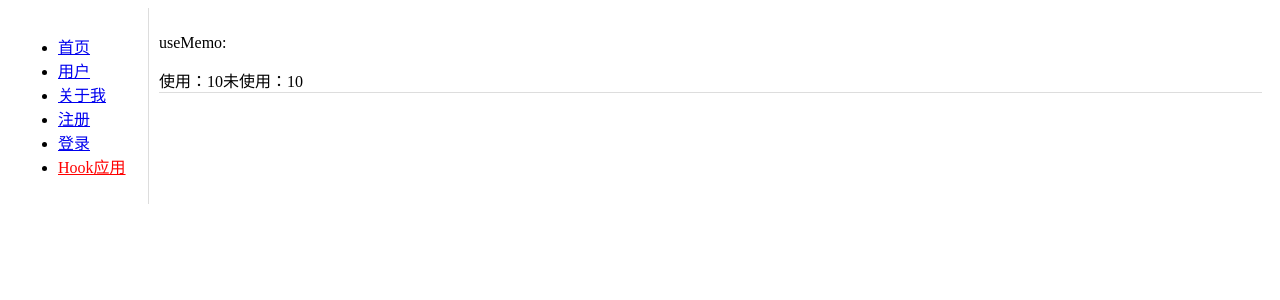
Repository: shellingfordly/js-library-Demo
Page: /hook (app in demo/react/demo/)
These files come from the project's save history. The page is drawn as it stood at one moment and after the next save; the edit follows.
The browser window is 1280 px wide. The pictures show the whole page.
The project was rebuilt for these pictures with package versions that can differ from the ones it lists, and the page was loaded fresh each time. Also part of the build but not shown: demo/react/demo/src/views/home/components/UseReducer.js, demo/react/demo/src/views/home/components/SetTimeout.js, demo/react/demo/src/views/home/hook/context.js, demo/react/demo/src/views/home/components/context/useContext.js, demo/react/demo/src/views/home/components/context/contextType.js, demo/react/demo/src/views/home/components/context/consumer.js, demo/react/demo/src/views/home/utils/highComponent.js, demo/react/demo/src/views/home/Home.js and 12 more.

Above is the page before, as saved 2021-01-17 22:58:18.

### demo/react/demo/src/index.js
import React from 'react';
import ReactDOM from 'react-dom';
import './index.css';
import App from './App';
import reportWebVitals from './reportWebVitals';
import {BrowserRouter as Route} from 'react-router-dom'

ReactDOM.render(
  <React.StrictMode>
    <Route>
      <App />
    </Route>
  </React.StrictMode>,
  document.getElementById('root')
);

// If you want to start measuring performance in your app, pass a function
// to log results (for example: reportWebVitals(console.log))
// or send to an analytics endpoint. Learn more: https://bit.ly/CRA-vitals
reportWebVitals();

### demo/react/demo/src/App.js

import './App.scss'
import { Component } from 'react'
import { NavLink, Route, Switch, Redirect } from 'react-router-dom'
import Home from './views/home/Home'
import About from './views/about/About'
import Register from './views/Register'
import User from './views/User'
import Login from './views/Login'
import store from './store'
import { userLogout } from './store/actions'
import Hook from './views/HookComponent'

export default class App extends Component {

  state = {
    isShow: false
  }

  componentDidMount() {
    store.subscribe(() => {
      const data = store.getState()
      this.setState({ isShow: data.isLogin })
    })
  }

  logout = () => {
    store.dispatch(userLogout())
  }


  render() {

    return (
      <div className="app">
        <div className="nav">
          <ul>
            <li>
              <NavLink to='/home'>首页</NavLink>
            </li>
            <li>
          <NavLink to='/user'>用户</NavLink>
            </li>
            <li>
          <NavLink to='/about'>关于我</NavLink>
            </li>
            <li>
          <NavLink to='/register'>注册</NavLink>
            </li>
            <li>
          <NavLink to='/login'>登录</NavLink>
            </li>
            <li>
          <NavLink to='/hook'>Hook应用</NavLink>
            </li>
          </ul>

        </div>
        <div className="content">
          <Switch>
            <Route path="/home" component={Home}></Route>
            <Route path="/user" component={User}></Route>
            <Route path="/about" component={About}></Route>
            <Route path="/register" component={Register}></Route>
            <Route path="/login" component={Login}></Route>
            <Route path="/hook" component={Hook}></Route>
            <Redirect to="/login"></Redirect>
          </Switch>
        </div>
      </div>


    )
  }
};

### demo/react/demo/src/App.scss
.app {
  // width: 80%;
  margin: auto;
  display: flex;

  .nav {
    width: 120px;
    padding: 10px;
    border-right: 1px solid #ddd;

    a {
      display: inline;
      width: 100%;
    }

    .active {
      color: red;
    }
  }

  .content {
    flex:1;
    padding: 10px;
    // display: flex;
    // justify-content: space-around;

    .login {
      .label {
        display: inline-block;
        width: 70px;
      }
      .btn {
        padding-top: 10px;
        text-align: center;

        button:first-child {
          margin-right: 10px;
        }
      }
    }
  }
}

.show {
  display: block;
}
.hide {
  display: none;
}

.b-line {
  border-bottom: 1px solid #ddd;
}

### demo/react/demo/src/store/index.js
import {createStore, applyMiddleware}  from 'redux'
import thunk from 'redux-thunk'
import  rootReducer from './combineReducer'

export default createStore(rootReducer, applyMiddleware(thunk))

### demo/react/demo/src/store/actions.js
export function saveUser(data){
  return {
    type: 'SAVE',
    data
  }
}

export function getUser(data){
  return {
    type: 'GET',
    data
  }
}

export function userLogin(){
  return {
    type: 'LOGIN',
  }
}

export function userLogout(){
  return {
    type: 'LOGOUT',
  }
}

### demo/react/demo/src/views/HookComponent/index.js

import { UseMemoComponent, UseFunComponent } from './components/useMemo'

export default function HookComponent() {
  return (
    <div>
      <div className="b-line">
        <p>useMemo: </p>
        使用：<UseMemoComponent />
        未使用：<UseFunComponent />
      </div>
    </div>
  )
}

### demo/react/demo/src/store/combineReducer.js
import { combineReducers } from 'redux';

import * as reducer from './reducer';


const rootReducer = combineReducers({
  ...reducer
})

export default rootReducer;

### demo/react/demo/src/views/HookComponent/components/useMemo.js
import {useMemo, useState} from 'react'

export function  UseFunComponent (){
  const [len] = useState(5)

  function sum(){
    console.log("computed");
    let count = 0
    for (let i = 0; i < len; i++) {
      count+=i
    }
    return count
  }

  return (
    <span>
      {sum()}
    </span>
  )
}

export function  UseMemoComponent (){

  const [len] = useState(5)

  const sum =  useMemo(()=>{
    console.log("computed");
    let count = 0
    for (let i = 0; i < len; i++) {
      count+=i
    }
    return count
  }, [len])

  return (
    <span>
      {sum}
    </span>
  )
}

### demo/react/demo/src/store/reducer.js
const user_info = {
  username: '',
  password: '',
}

export function user(state = user_info, actions) {
  switch (actions.type) {
    case "SAVE":
      localStorage.setItem('user_info', JSON.stringify(actions.data))
      return { status: true, msg: '登录成功！' }
    case "GET":
      const hasUser = localStorage.getItem('user_info')
      if (hasUser) return { status: true, data: user, msg: '已登录！' }
      else return { status: false, msg: '未登录！' }
    default: return state
  }
}


export function isLogin(state = false, actions) {
  const hasUser = localStorage.getItem('user_info')
  switch (actions.type) {
    case "LOGIN":
      if (hasUser) return true
      else return false
    case "LOGOUT":
      if (hasUser) localStorage.removeItem('user_info')
      return false
    default: return state
  }
}

Loaded but not shown: demo/react/demo/public/index.html (common file); demo/react/demo/src/reportWebVitals.js (common file); demo/react/demo/src/index.css (no stored copy; drawn as an empty file)

After the next save:
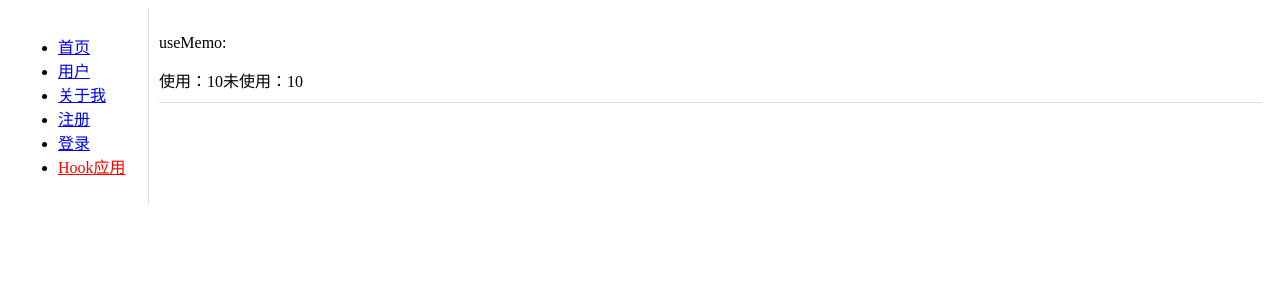
Saved 9 s later.
--- a/demo/react/demo/src/App.scss
+++ b/demo/react/demo/src/App.scss
@@ -49,5 +49,6 @@
 }
 
 .b-line {
+  padding-bottom: 10px;
   border-bottom: 1px solid #ddd;
 }
